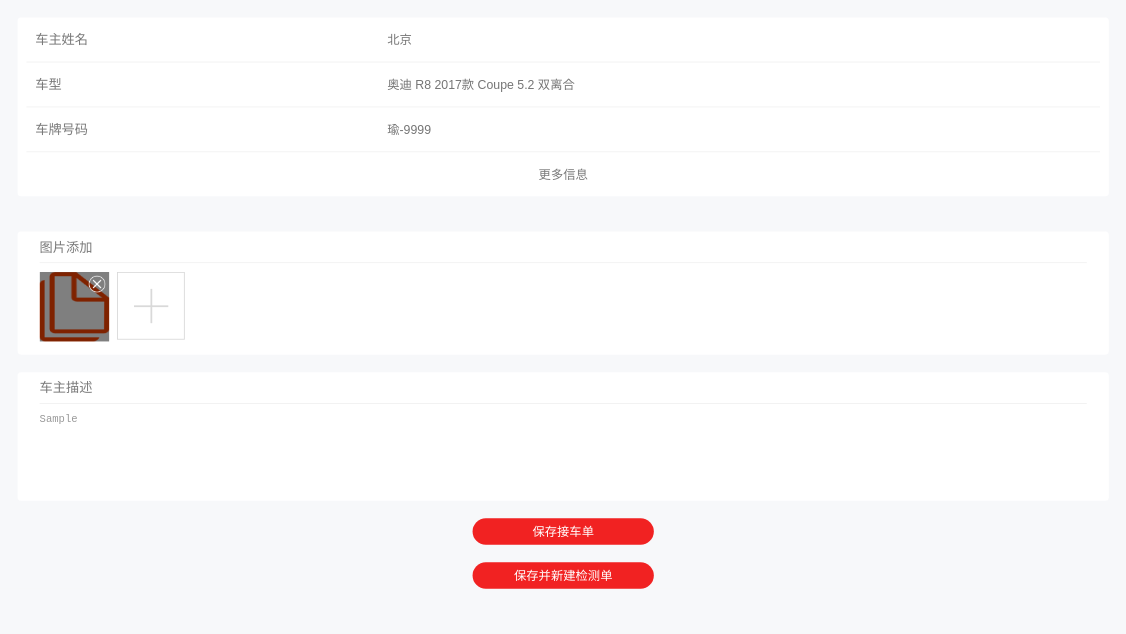
Repository: family-car/car
Page: vehicleEntry.html
The author's editor kept a copy of each file at every save. The page is drawn from the files as they stood at one save, then again after the next save.
The browser window is 1280 px wide. The pictures show the whole page, at 88% of full size.
Empty fields were first filled with sample values (such as "Sample", 5 or name@example.com).
After loading, the first visible `div.more` was clicked once.

Above is the page before, as saved 2020-05-12 00:25:32.

### vehicleEntry.html
<!-- HTML5文件 -->
<!DOCTYPE html>
<html>
<head>
	<meta charset="utf-8" />
	<meta name="viewport" content="width=device-width,minimum-scale=1.0,maximum-scale=1.0,user-scalable=no"/>
	<meta content="telephone=no,email=no" name="format-detection">
	<meta name="wap-font-scale" content="no">
	<title>车辆进场</title>
	<!-- ui框架引入css -->
	<link href="lib/weui/weui.min.css" rel="stylesheet" type="text/css" />
	<link href="lib/weui/jquery-weui.min.css" rel="stylesheet" type="text/css" />
	<!-- 公用样式css -->
	<link href="src/css/base.css" rel="stylesheet" type="text/css" />
	<!-- 界面引入css -->
  <link href="src/css/app/vehicleEntry.css" rel="stylesheet" type="text/css" />
  <!-- jquery引入 -->
  <script type="text/javascript" src="lib/jquery/jquery-2.1.4.min.js"></script>
  <script type="text/javascript" src="lib/unit.js"></script>
</head>
<body>

<div class="main bot44">
   <div class="userInfo">
    <div class="userInfo_form">
        <div class="form_cell flex">
            <label class="weui-label cell">车主姓名</label>
            <input class="weui-input cell2" readonly="readonly" placeholder="北京">
        </div>
        <div class="form_cell flex">
            <label class="weui-label cell">车型</label>
            <input class="weui-input cell2" readonly="readonly" placeholder="奥迪 R8 2017款 Coupe 5.2 双离合">
        </div>
        <div class="form_cell flex">
            <label class="weui-label cell">车牌号码</label>
            <input class="weui-input cell2" readonly="readonly" placeholder="瑜-9999">
        </div>
        <div class="form_cell flex">
            <label class="weui-label cell">VIN码</label>
            <input class="weui-input cell2" readonly="readonly" placeholder="e51699">
        </div>
        <div class=" more">
            <p>更多信息</p>
        </div>
    </div>
   </div>
   <div class="userInfo carCheck">
    <div class="userInfo_form">
        <div class="form_cell flex form_cell_3">
            <label class="weui-label cell">车辆检查</label>
        </div>
        <div class="form_cell flex form_cell_3">
            <label class="weui-label cell">交车时间</label>
            <input class="weui-input cell2" type="readonly" placeholder="2020-5-11 12:39">
            <label class="weui-label cell weui_right">预计</label>
        </div>
        <div class="form_cell flex form_cell_3">
            <label class="weui-label cell">行驶里程</label>
            <input class="weui-input cell2" type="readonly" placeholder="请输入">
            <label class="weui-label cell weui_right">km</label>
        </div>
        <div class="form_cell flex form_cell_3">
            <label class="weui-label cell">当前油量</label>
            <input class="weui-input cell2" type="readonly" placeholder="请输入">
            <label class="weui-label cell weui_right">></label>
        </div>
        <div class="form_cell flex form_cell_3">
            <label class="weui-label cell">玻璃检查</label>
            <input class="weui-input cell2" type="readonly" placeholder="无异常">
            <label class="weui-label cell weui_right"><input class="weui-switch" type="checkbox"></label>
        </div>
        <div class="form_cell flex form_cell_3">
            <label class="weui-label cell">贵重物品</label>
            <input class="weui-input cell2" type="readonly" placeholder="车内有无贵重物品">
            <label class="weui-label cell weui_right"><input class="weui-switch" type="checkbox" checked="checked"></label>
        </div>
        <div class="form_cell flex form_cell_3">
            <label class="weui-label cell">仪表检查</label>
            <input class="weui-input cell2" type="readonly" placeholder="无异常">
            <label class="weui-label cell weui_right"><input class="weui-switch" type="checkbox" checked="checked"></label>
        </div>
        <div class="form_cell flex form_cell_3">
            <label class="weui-label cell">备注信息</label>
            <input class="weui-input cell2" type="readonly" placeholder="请输入备注信息">
            <label class="weui-label cell weui_right"></label>
        </div>
        <div class="form_cell flex form_cell_3">
            <label class="weui-label cell">服务顾问</label>
            <input class="weui-input cell2" type="readonly" placeholder="默认当前用户（可选）">
            <label class="weui-label cell weui_right"></label>
        </div>
    </div>
   </div>
   <div class="userInfo upload">
        <div class="userInfo_form">
            <div class="weui-cell">
            <div class="weui-cell__bd">
                <div class="weui-uploader">
                    <div class="weui-uploader__hd">
                        <p class="weui-uploader__title title">图片添加</p>
                    </div>
                    <div class="weui-uploader__bd">
                        <ul class="weui-uploader__files" id="uploaderFiles">
                            <li class="weui-uploader__file weui-uploader__file_status" style="background-image:url(src/image/handel.png)">
                                <img src="src/image/cancel.png"/>
                            </li>
                        </ul>
                        <div class="weui-uploader__input-box">
                        <input id="uploaderInput" class="weui-uploader__input" type="file" accept="image/*" multiple="">
                    </div>
                </div>
                </div>
            </div>
            </div>
        </div>
    </div>
    <div class="userInfo upload">
        <div class="userInfo_form">
            <div class="weui-cell">
            <div class="weui-cell__bd">
                <div class="weui-uploader">
                    <div class="weui-uploader__hd">
                        <p class="weui-uploader__title title">车主描述</p>
                    </div>
                    <div class="weui-uploader__bd">
                        <textarea placeholder="请输入信息" class="info"></textarea>
                    </div>
                </div>
                </div>
            </div>
            </div>
    </div>
    <div class="vehicleEntry_btn">保存接车单</div>
    <div class="vehicleEntry_btn">保存并新建检测单</div>
</div>

<!-- jquery引入 -->
<script type="text/javascript" src="lib/jquery/swiper.js"></script>
<script type="text/javascript" src="src/js/entry/index.js"></script>
<script type="text/javascript" src="src/js/entry/vehicleEntry.js"></script>
</body>
</html>

### src/css/base.css
*,
*:after,
*:before {
    -webkit-box-sizing: border-box;
    box-sizing: border-box;
}
[v-cloak] {
  display: none;
}
a,
blockquote,
body,
code,
dd,
div,
dl,
dt,
em,
fieldset,
form,
h1,
h2,
h3,
h4,
h5,
h6,
iframe,
img,
input,
label,
li,
object,
ol,
p,
q,
small,
span,
strong,
table,
tbody,
td,
th,
tr,
ul {
    margin: 0;
    padding: 0;
    border: 0;
}
input{
	outline: none;
}
body,
html {
    width: 100%;
}

body {
    margin: 0 auto;
    line-height: 1;
    font-size: 14px;
    font-family: 'STHeiti', 'Microsoft YaHei', Helvetica, Arial, sans-serif;
    -webkit-text-size-adjust: none;
    -webkit-tap-highlight-color: rgba(0, 0, 0, 0);
}

h1,
h2,
h3,
h4,
h5,
h6 {
    font-size: .28rem;
    font-weight: normal;
}

a,
a:active,
a:focus,
a:hover,
a:visited {
    text-decoration: none;
    color: #393939;
}

a,
img {
    -webkit-touch-callout: none;
}

li,
ol,
ul {
    list-style: none;
}

input[type="password"],
input[type="tel"],
input[type="text"],
select,
textarea {
    display: block;
    width: 100%;
    line-height: 1.2;
    font-size:14px;
    resize: none;
    outline: 0;
    vertical-align: middle;
    background-color: #fff;
    background-image: none;
    border: 0;
    white-space: pre-wrap;
    word-wrap: break-word;
    -webkit-appearance: none;
}

p {
    background-color: transparent;
    word-break: break-all;
}

em,
i {
    font-style: normal;
}
@font-face {
    font-family: 'iconfont';
    src: url("../font/icomoon.eot");
    src: url("../font/icomoon.eot?#iefix") format("embedded-opentype"), url("../font/icomoon.ttf") format("truetype"), url("../font/icomoon.svg#iconfont") format("svg");
}

html {
    background: #fff;
}

body {
    background: #fff;
    color: #000;
}

.fl {
    float: left;
}

.fr {
    float: right;
}

.cf:after {
    display: block;
    clear: both;
    content: "";
    visibility: hidden;
    height: 0;
}

.tr {
    text-align: right;
}

.tc {
    text-align: center;
}

.td-underline {
    text-decoration: underline;
}

.tm {
    vertical-align: middle;
}
.boxSizing{
    box-sizing:border-box;
    -moz-box-sizing:border-box; /* Firefox */
    -webkit-box-sizing:border-box;
}

.flex {
    display: -webkit-box !important;
    display: -webkit-flex !important;
    display: -ms-flexbox !important;
    display: flex !important;
    -webkit-flex-wrap: wrap;
    -ms-flex-wrap: wrap;
    flex-wrap: wrap;
}

.flex .cell {
    -webkit-box-flex: 1;
    -webkit-flex: 1;
    -ms-flex: 1;
    flex: 1;
    width: 0;
    -webkit-flex-basis: 0;
    -ms-flex-preferred-size: 0;
    flex-basis: 0;
    max-width: 100%;
    display: block;
    padding: 0 !important;
    position: relative;
}
.flex .cell2{
    -webkit-box-flex: 2;
    -webkit-flex: 2;
    -ms-flex: 2;
    flex: 2;
}


.flex .cell.hide {
    display: none;
}

.flex .flex-130 {
    -webkit-box-flex: 150!important;
    -webkit-flex: 130!important;
    -ms-flex: 130!important;
    flex: 130!important;
}

.flex .flex-200 {
    -webkit-box-flex: 200!important;
    -webkit-flex: 200!important;
    -ms-flex: 200!important;
    flex: 200!important;
}

.flex-center {
    -webkit-box-pack: center;
    -webkit-justify-content: center;
    justify-content: center;
    -webkit-box-align: center;
    -webkit-align-items: center;
    align-content: center;
}
.flex-between {
    -webkit-box-pack: center;
    -webkit-justify-content: space-between;
    justify-content: space-between;
    -webkit-box-align: center;
    -webkit-align-items: center;
    align-content: center;
}

.img-responsive {
    display: inline-block;
    width: 100%;
}

.bg-white {
    background: #fff;
}

.bg-orange {
    background: #fa462d;
}

.bg-blue {
    background: #246EBE;
}
.bg-green{color:#0BA66D;}
.bg-light-green{color:#56dfb3;}
.bg-gray {
    background: #f3f4f6;
}

.bg-light-yellow {
    background: #fbf8ec;
}

.bg-disabled {
    background: #9d9d9d;
}

.color-blue {
    color: #246EBE;
}

.color-muted {
    color: #9d9d9d;
}

.color-orange {
    color: #fa462d;
}

.color-white {
    color: #fff;
}

.color-gray {
    color: #848689;
}
.color-green{color:#0BA66D;}
.color-light-green{color:#56dfb3;}
.color-red{color:#f23030;}
.color-block{color:#393939;}

.relative {
    position: relative;
}

.overflow {
    overflow: hidden;
}

.ellipsis {
    white-space: nowrap;
    overflow: hidden;
    text-overflow: ellipsis;
}

.clamp {
    display: -webkit-box;
    overflow: hidden;
    text-overflow: ellipsis;
    -webkit-line-clamp: 2;
    -webkit-box-orient: vertical;
}

.animate {
    -webkit-animation-play-state: paused;
}

.hide {
    display: none;
}

.footbar-default .coagent span:before,
.iconfont,
.panel-selector .list li .fr:after,
.select:before {
    font-family: "iconfont" !important;
    font-size: .28rem;
    font-style: normal;
    -webkit-font-smoothing: antialiased;
    -webkit-text-stroke-width: 2px;
    -moz-osx-font-smoothing: grayscale;
}
.btn {
    display: inline-block;
    padding: .18rem .2rem;
    vertical-align: middle;
    font-size: .26rem;
    font-weight: normal;
    line-height: 1;
    text-align: center;
    white-space: nowrap;
    background-image: none;
    border: 1px solid transparent;
    border-radius: .06rem;
    cursor: pointer;
    outline: 0;
    -webkit-appearance: none;
    -webkit-user-select: none;
    -moz-user-select: none;
    -ms-user-select: none;
    user-select: none;
}

.btn-default {
    color: #393939;
    background-color: #fff;
    border-color: #ccc;
}

.btn-primary {
    color: #fff;
    background-color: #0ba66d;
    border-color: #0ba66d;
}

.btn-primary-outline {
    color: #0ba66d;
    background-color: #fff;
    border-color: #0ba66d;
}

.btn-default-outline {
    color: #393939;
    background-color: #fff;
    border-color: #d7d7d7;
}

.btn-disabled {
    color: #fff;
    background-color: #9d9d9d;
    border-color: #9d9d9d;
}

.btn-block {
    display: block;
    width: 100%;
    padding-left: 0;
    padding-right: 0;
}

.btn-primary:active {
    color: #fff;
    background-color: #0ba66d;
    border-color: #0ba66d;
}

.btn-disabled:active {
    color: #fff;
    background-color: #9d9d9d;
    border-color: #9d9d9d;
}

.btn-default:active {
    color: #393939;
    background-color: #d7d7d7;
    border-color: #d7d7d7;
}

.btn-search {
    padding: .06rem .1rem;
    margin-left: .05rem;
    line-height: .4rem;
}

.pd8 {
    padding-right: .8rem;
    padding-left: .8rem;
}

.badge-outline {
    background: #fff;
    border: 1px solid #0ba66d;
    color: #0ba66d;
}

.no_info {
    color: #9d9d9d;
    line-height: 2.2rem;
    text-align: center;
}

.footbar {
    position: fixed;
    left: 0;
    right: 0;
    bottom: 0;
    z-index: 999999;
}
.footbar-default {
    height: 1.01rem;
    background-color: #fff;
    border-top: 1px solid #d7d7d7;
}
/*字体*/
.icon-detail:before {
    content: '\e93b';
}
.icon-floder:before {
    content: '\e91b';
}
.icon-home:before {
    content: '\e901';
}
.icon-order:before {
    content: '\e908';
}
.icon-mine:before {
    content: '\e905';
}
.icon-upload::before{
    content: '\e91c';
}
.icon-add::before{
    content: '\e91e';
}
.icon-detele::before{
    content: '\e920';
}
.icon-warn::before{
    content: '\e91a';
}
.icon-arrow::before{
    content:'\e916'
}
.icon-course::before{
    content:'\e908'
}

 #loading{
     position:fixed;
     top:0;left:0;
     width:100%;height:100%;
     background: rgba(0,0,0,.7);
     z-index:999;
}
 #loading .loader-01{
     position:absolute;top:50%;left:50%;
     width:60px;height:60px;
     margin-top:-30px;
     margin-left:-30px;
     color: #fff;
}
/*button*/
.vehicleEntry_btn{
    color: #F12222;
    width: 206px;
    height: 30px;
    background: #F12222;
    border-radius: 15px;
    color: #fff;
    text-align: center;
    line-height: 30px;
    margin: 0 auto;
    margin-bottom: 20px;
}

### src/css/app/vehicleEntry.css
body,html{
    background: #f7f8fa;
}
.userInfo{
    padding: 20px;
}

.userInfo .userInfo_form{
    background: #fff;
    border-radius: 4px;
    margin-top: 0;
    padding: 0 10px;
}
.userInfo .weui-label{
    color:#797979;
    font-size: 15px;
}
.userInfo_form .form_cell{
    padding: 10px;
    border-bottom: 1px solid #F1F1F1;
}
.more{
    padding: 10px;
    text-align: center;
    color:#797979;
}
.more p{
    line-height: 30px;
}
.userInfo_form .form_cell:last-child{
    border-bottom: none;
}
.form_cell label{
    line-height: 30px;
}
.form_cell label,.form_cell input{
     height: 30px;
}
.form_cell .cell{
    width: 90px;
    float: left;
}
.form_cell .center{
   margin-left: 90px;
}
.form_cell .weui_right{
    text-align: right;
    float: right;
}
.form_cell_3 .center input{
    width: 100px;
}



.userInfo .weui-cell__bd input{
    font-size: 15px;
    color: #2A2A2A;
}
.userInfo .form_cell p{
    text-align: center;
    font-size: 14px;
    color: #999999;
    padding-bottom: 10px;
}
.carCheck{
  padding-top: 0;
}
.carCheck .form_cell p{
   margin-left: 0;
   color: #333;
}
.weui-cell .weui-cell-right{
    color: #2A2A2A;
    font-size: 15px;
}
.upload{
    padding-top: 0;
}
.weui-switch:checked{
    background-color: #FF0000;
    border-color: #FF0000;
}
.weui-uploader__file_status{
    background-size: 100% 100%;
    position: relative;
}
.weui-uploader__file_status img{
    position: absolute;
    right: 4px;
    top: 4px;
    height: 20px;
    width: 20px;
}
.weui-uploader__file_status::before{
    background-color: rgba(0, 0, 0, 0.5);
}
.weui-uploader__hd .title{
    color:#797979;
    font-size:15px;
    padding-bottom: 10px;
    border-bottom: 1px solid #F1F1F1;
}
.weui-uploader__bd .info{
    height: 94px;
    color: #999999;
    font-size: 12px;
}
.vehicleEntry_btn{
    color: #F12222;
    width: 206px;
    height: 30px;
    background: #F12222;
    border-radius: 15px;
    color: #fff;
    text-align: center;
    line-height: 30px;
    margin: 0 auto;
    margin-bottom: 20px;
}

.userInfo_form .form_cell.hide{
    display: none !important;
}

### src/js/entry/index.js
/**  默认加载  **/
$(function () {
    var  process={
        iconList:[{name:"接车进店",image:"src/image/join3x.png"},
            {name:"维保开单",image:"src/image/repair.png"},
            {name:"快速洗车",image:"src/image/wash.png"},
            {name:"车辆检测",image:"src/image/check.png"},
            {name:"待施工",image:"src/image/construct3x.png"},
            {name:"待完工",image:"src/image/complete.png"},
            {name:"完工质检",image:"src/image/quality.png"},
            {name:"待结算",image:"src/image/account.png"},
            {name:"客户查询",image:"src/image/inquiry.png"},
            {name:"预约订单",image:"src/image/bill3x.png"},
            {name:"测试数据",image:"src/image/join3x.png"},
        ],
        init:function(){
            this.swiper();
        },
        pages () {
            const pages = []
            this.iconList.forEach((item, index) => {
              const page = Math.floor(index / 10)
              if (!pages[page]) {
                pages[page] = []
              }
              pages[page].push(item)
            })
            return pages
        },
        swiper:function () {
            /*加载轮播列表*/
            let swpier = []
            let temp = []
            $.each(this.pages(),function(n,item){
                temp.push(`<div class="swiper-slide">`);
                $.each(item,function(n,v){
                    temp.push(`<div class="iconList">`);
                    temp.push(`<img class="icon-img-content" src="${v.image}" alt="" />`);
                    temp.push(`<p class="icon-desc">${v.name}</p>`);
                    temp.push(`</div>`);
                })
                temp.push(`</div>`);
            })
            $(".swiper-wrapper").html(temp.join(''))
            /*  轮播效果加载   */
            $(".swiper-container").swiper({
                loop: true,
                autoplayDisableOnInteraction: false,
                autoplay: 3000,
                pagination: {
                    el: '.swiper-pagination',
                },
            });
        },
        click:function(){

        }
    };

    window.onload = function(){
        process.init();
    }


})

### src/js/entry/vehicleEntry.js
$(function () {
    var  process={
        init:function(){
            this.folder();
        },
        folder:function(){
            $('.userInfo_form .form_cell:gt(2)').addClass("hide");
            $(".more").on("click",function(){
                $('.userInfo_form .form_cell:gt(2)').toggle();
            })

        }
    };

    window.onload = function(){
        process.init();
    }


})

Loaded but not shown: lib/weui/weui.min.css (library); lib/weui/jquery-weui.min.css (library); lib/jquery/jquery-2.1.4.min.js (library); lib/unit.js (library); lib/jquery/swiper.js (library)

After the next save:
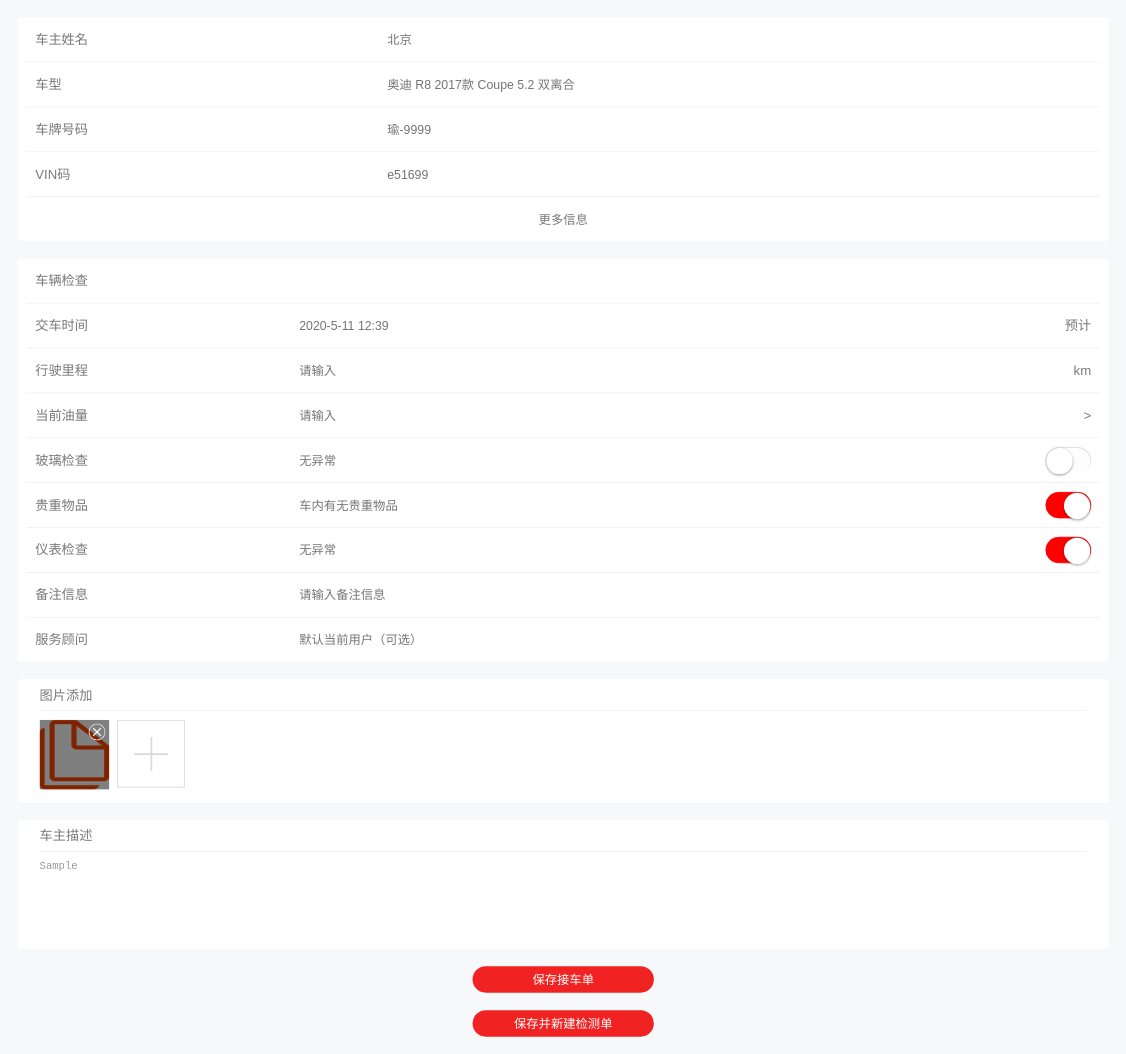
Saved 25 s later.
--- a/src/js/entry/vehicleEntry.js
+++ b/src/js/entry/vehicleEntry.js
@@ -6,7 +6,7 @@ $(function () {
         folder:function(){
             $('.userInfo_form .form_cell:gt(2)').addClass("hide");
             $(".more").on("click",function(){
-                $('.userInfo_form .form_cell:gt(2)').toggle();
+                $('.userInfo_form .form_cell:gt(2)').removeClass("hide");
             })
 
         }
